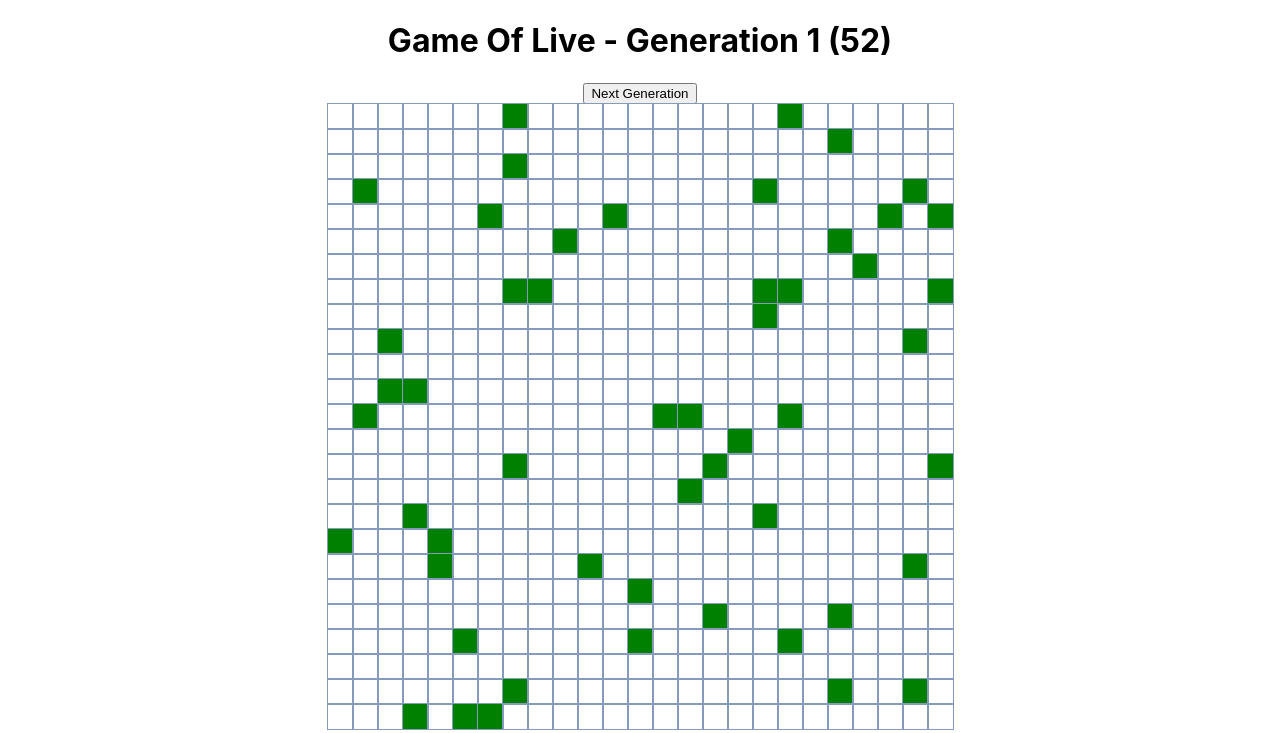
Repository: cfaguilera20/gol
Page: /
The author's editor kept a copy of each file at every save. The page is drawn from the files as they stood at one save, then again after the next save.
The browser window is 1280 px wide. The pictures show the whole page.
The project was rebuilt for these pictures with package versions that can differ from the ones it lists, and the page was loaded fresh each time.

Above is the page before, as saved 2021-07-25 13:38:22.

### src/App.js
import './App.css';

import Board from './components/Board.jsx';

function App() {
    return (
        <div className="App">
            <Board />
        </div>
    );
}

export default App;

### src/components/Board.jsx
import React, { useState } from 'react';
import './Board.css';

const WORLD_SIZE = 25;
const WORLD_POPULATION = 0.25;

const Board = (props) => {
    const [world, setWorld] = useState(
        createWorld(WORLD_SIZE, WORLD_POPULATION)
    );
    const [generation, setGeneration] = useState(1);

    const onNextGeneration = () => {
        setGeneration(generation + 1);
        world.nextGeneration();
    };

    return (
        <>
            <h1>
                Game Of Live - Generation {generation} (
                {world.currentPopulation})
            </h1>
            <button onClick={onNextGeneration}>Next Generation</button>
            <div className="world">
                {world.board.map((row, rowIdx) => (
                    <div key={rowIdx} className="row">
                        {row.map((isAlive, cellIdx) => {
                            const className = isAlive
                                ? 'cell cell-green'
                                : 'cell';
                            return (
                                <div key={cellIdx} className={className}></div>
                            );
                        })}
                    </div>
                ))}
            </div>
        </>
    );
};

class World {
    constructor(size, population) {
        this.size = size;
        this.population = population;
        this.currentPopulation = 0;
        this.board = [];
        this.createBoard();
    }

    createBoard() {
        for (let y = 0; y < this.size; y++) {
            this.board[y] = [];
            for (let x = 0; x < this.size; x++) {
                const isAlive = Math.random() > 0.9 ? true : false;
                this.board[y][x] = isAlive;
                this.currentPopulation += isAlive ? 1 : 0;
            }
        }
    }

    getNeighbors(x, y) {
        const neighbors = [];
        const neighborsIdx = [
            [1, 0],
            [-1, 0],
            [0, 1],
            [0, -1],
            [1, 1],
            [1, -1],
            [-1, 1],
            [-1, -1],
        ];
        neighborsIdx.forEach(([dx, dy]) => {
            const [nx, ny] = [x + dx, y + dy];
            if (nx >= 0 && nx < this.size && ny >= 0 && ny < this.size) {
                neighbors.push(this.board[ny][nx]);
            }
        });
        return neighbors;
    }

    getNeighborsAlive(x, y) {
        return this.getNeighbors(x, y).filter((isAlive) => isAlive === true);
    }

    getNeighborsAliveCounter(x, y) {
        return this.getNeighborsAlive(x, y).length;
    }

    nextGeneration() {
        const nextBoard = [];
        for (let y = 0; y < this.size; y++) {
            nextBoard[y] = [];
            for (let x = 0; x < this.size; x++) {
                const isAlive = this.board[y][x];
                const nextIsAlive = this.getNeighborsAliveCounter(x, y) > 2;
                nextBoard[y][x] = nextIsAlive;
                this.currentPopulation += nextIsAlive - isAlive;
            }
        }

        this.board = nextBoard;
        return this;
    }
}

const createWorld = (WORLD_SIZE, WORLD_POPULATION) => {
    const board = new World(WORLD_SIZE, WORLD_POPULATION);
    return board;
};

export default Board;

### src/components/Board.css
.row {
    height: 25px;
}

.cell {
    width: 25px;
    height: 25px;
    outline: 1px solid rgb(134, 154, 189);
    display: inline-block;
}

.cell-green {
    background-color: green;
}

.cell-red {
    background-color: red;
}

.cell-purple {
    background-color: purple;
}

Loaded but not shown: public/index.html (common file); src/index.js (common file); src/index.css (common file); src/reportWebVitals.js (common file); src/App.css (common file)

After the next save:
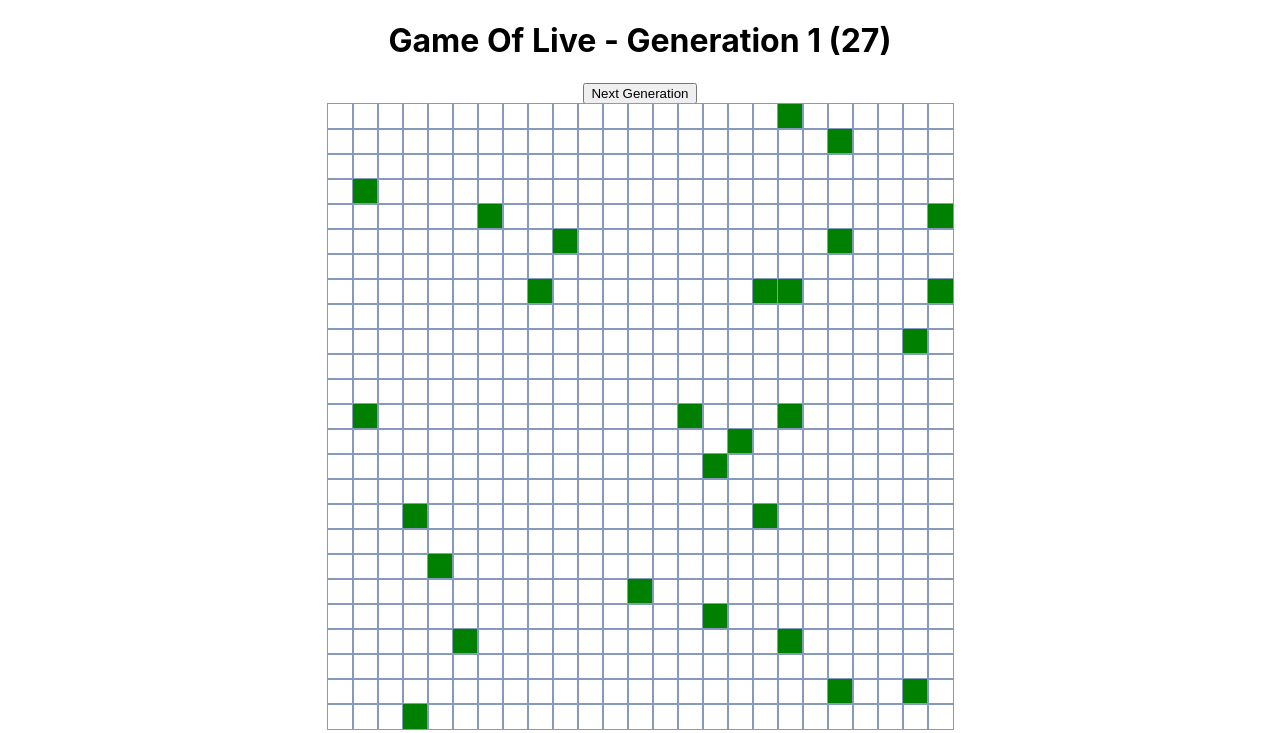
Saved 32 s later.
--- a/src/components/Board.jsx
+++ b/src/components/Board.jsx
@@ -53,7 +53,7 @@ class World {
         for (let y = 0; y < this.size; y++) {
             this.board[y] = [];
             for (let x = 0; x < this.size; x++) {
-                const isAlive = Math.random() > 0.9 ? true : false;
+                const isAlive = Math.random() > 0.95 ? true : false;
                 this.board[y][x] = isAlive;
                 this.currentPopulation += isAlive ? 1 : 0;
             }
